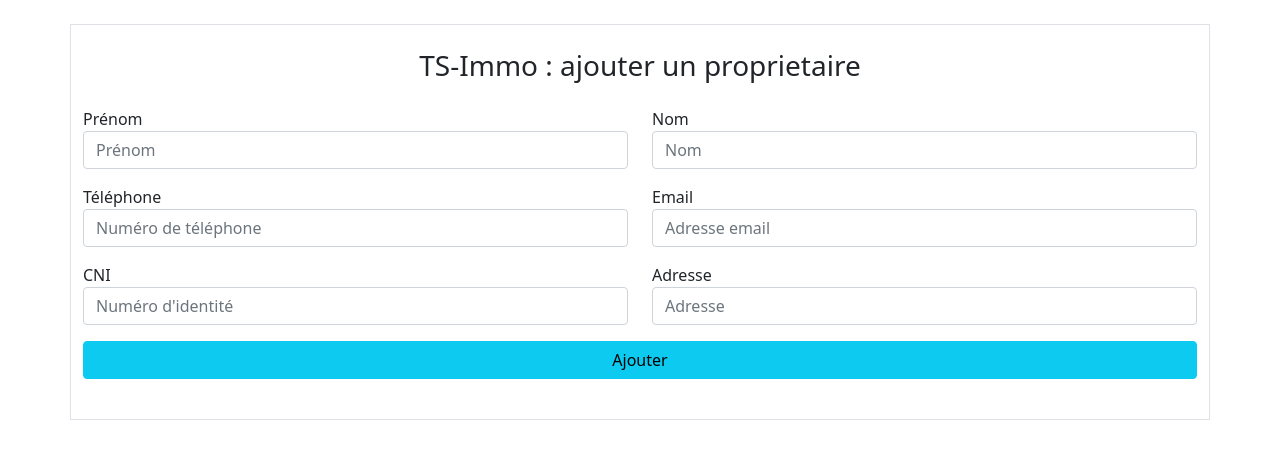
Repository: saliou-t/TS-IMMO
Page: http://localhost/src/views/proprietaire/new.html.php
The author's editor kept a copy of each file at every save. The page is drawn from the files as they stood at one save, then again after the next save.
The browser window is 1280 px wide. The pictures show the whole page.
The page is run by PHP 8.4 with error messages shown; the project is at /var/www/html/.

Above is the page before, as saved 2022-04-03 14:46:53.

After the next save:
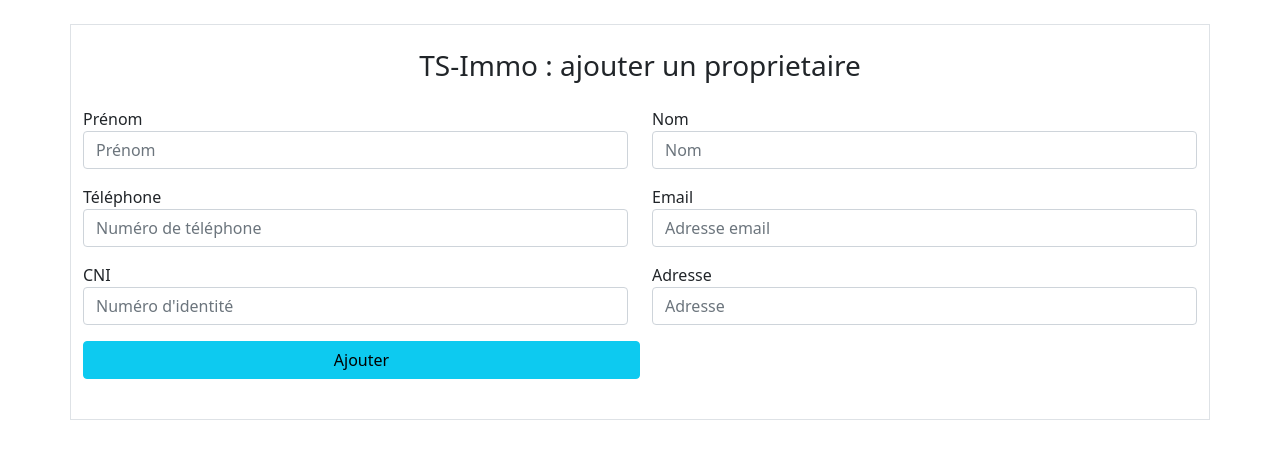
Saved 5 s later.
--- a/src/views/proprietaire/new.html.php
+++ b/src/views/proprietaire/new.html.php
@@ -46,7 +46,7 @@
             </div>
             <div class="row my-3">
                 <div class="col ">
-                    <div class="btn btn-info mx-auto w-100">Ajouter</div>
+                    <div class="btn btn-info mx-auto w-50">Ajouter</div>
                 </div>
             </div>
         </form>
